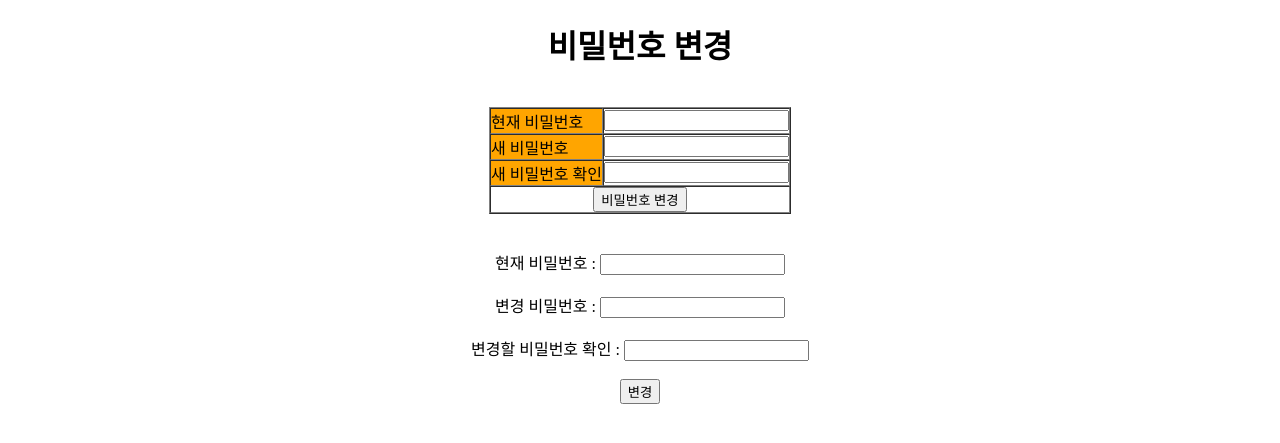
Repository: teeeeeeemo/workspace_spring
Page: http://localhost/BoardWeb/changeUserInfo.jsp
The author's editor kept a copy of each file at every save. The page is drawn from the files as they stood at one save, then again after the next save.
The browser window is 1280 px wide. The pictures show the whole page.
The page is served by Tomcat 9. Nobody is signed in. The application's start-up code is not run.

Above is the page before, as saved 2017-01-29 08:26:40.

After the next save:
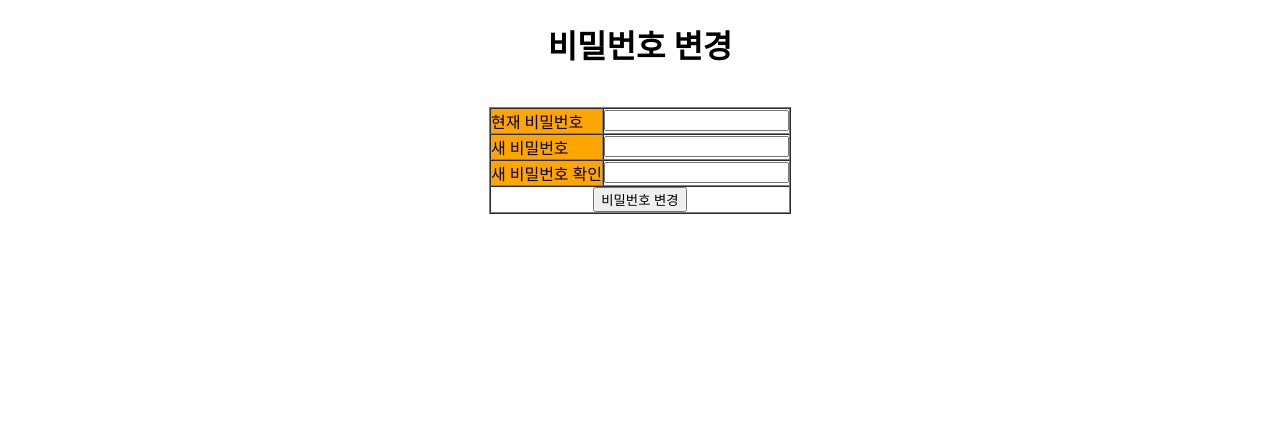
Saved 33 s later.
--- a/BoardWeb/src/main/webapp/changeUserInfo.jsp
+++ b/BoardWeb/src/main/webapp/changeUserInfo.jsp
@@ -30,19 +30,6 @@
 						value="비밀번호 변경" /></td>
 				</tr>
 			</table>
-
-
-
-
-
-
-
-
-			<br /> <br /> 현재 비밀번호 : <input id="now_pw" name="now_pw"> <br />
-			<br /> 변경 비밀번호 : <input id="change_pw" name="change_pw"> <br />
-			<br /> 변경할 비밀번호 확인 : <input id="change_pw_check"
-				name="change_pw_check"> <br /> <br />
-			<button>변경</button>
 			<br />
 		</form>
 	</center>
